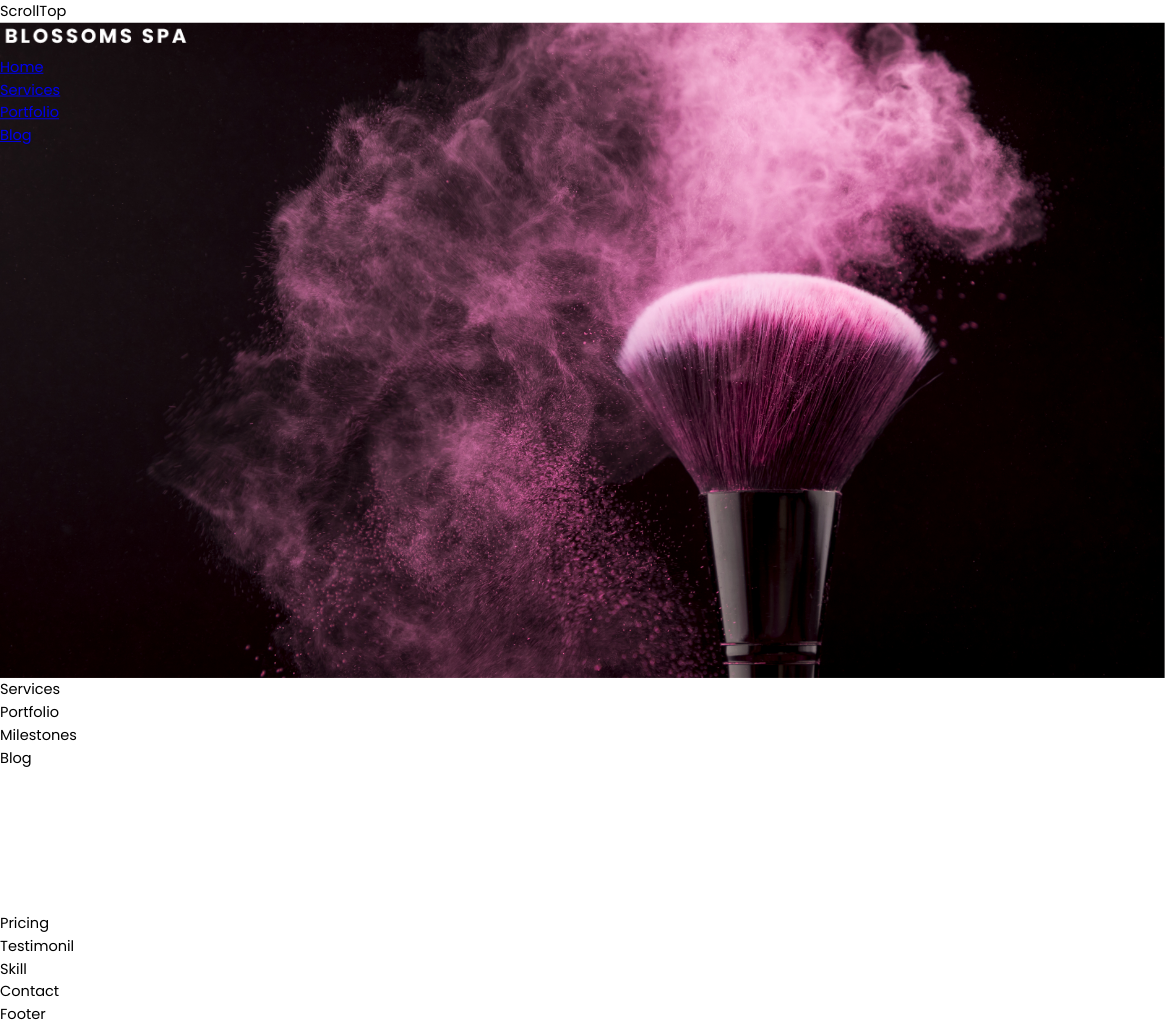
Repository: OmniaRafat232111121/animateSalon
Page: /
An editor plug-in stored every save of this project. The page is shown before and after a run of saves, followed by the edit.
The browser window is 1280 px wide. The pictures show the whole page, at 91% of full size.
The project was rebuilt for these pictures with package versions that can differ from the ones it lists, and the page was loaded fresh each time.

Above is the page before, as saved 2022-07-26 00:32:47.

### src/index.css
@import url("https://fonts.googleapis.com/css2?family=Poppins:wght@100;200;300;400;500;600;700;800&display=swap");
:root {
  --primary-color: #180f14;
  --secondary-color: #e47194;
  --font-family: "Poppins", sans-serif;
}

* {
  margin: 0;
  padding: 0;
  box-sizing: border-box;
}

html {
  scroll-behavior: smooth;
  height: 100%;
  overflow-x: hidden;
}

body {
  overflow-x: hidden;
}

body,
button {
  font-family: var(--font-family);
}

::-webkit-scrollbar {
  background-color: var(--primary-color);
  width: 0.3rem;
}

::-webkit-scrollbar-thumb {
  background-color: var(--secondary-color);
}

@media screen and (min-width: 280px) and (max-width: 1080px) {
  body::-webkit-scrollbar {
    display: none;
  }
}

### src/App.js
import React from 'react'
import Blog from './components/Blog'
import Contact from './components/Contact'
import Footer from './components/Footer'
import Home from './components/Home'
import Milestones from './components/Milestones'
import Portfolio from './components/Portfolio'
import Pricing from './components/Pricing'
import ScrollTop from './components/ScrollTop'
import Services from './components/Services'
import Skill from './components/Skill'
import Testimonil from './components/Testimonil'

const App = () => {
  return (
 <>
 <ScrollTop />
 <Home/>
 <Services/>
 <Portfolio/>
 <Milestones/>
 <Blog/>
 <video/>
 <Pricing/>
 <Testimonil/>
 <Skill/>
 <Contact/>
 <Footer/>
 </>
  )
}

export default App

### src/components/Home.jsx
import React from 'react'
import styled from "styled-components"
import home from "../assets/home.png";
import Play from "../assets/play.png";
import Navbar from './Navbar';
const Home = () => {
  return (
    <Section id="home">
    <Navbar/>
    </Section>
  )
}
const Section=styled.section`
background: url(${home}) no-repeat center;
min-height:100vh;
background-size:cover;
position:relative;

`;

export default Home

### src/components/Milestones.jsx
import React from 'react'

const Milestones = () => {
  return (
    <div>Milestones</div>
  )
}

export default Milestones

### src/components/ScrollTop.jsx
import React from 'react'

const ScrollTop = () => {
  return (
    <div>ScrollTop</div>
  )
}

export default ScrollTop

### src/components/Testimonil.jsx
import React from 'react'

const Testimonil = () => {
  return (
    <div>Testimonil</div>
  )
}

export default Testimonil

### src/components/Navbar.jsx
import React,{useState} from 'react';
import styled from 'styled-components';
import logo from "../assets/logo.png";
import { GitHamBurgerMenu } from 'react-icons/gi'
import { MdClose } from "react-icons/md";

const Navbar = () => {
const {isNavOpen,setIsNavOpen}=useState(false);
  return (
<div className="brand__container">
 <a href="#" className="brand">
 <img src={logo}  alt="logo"/>
 </a>
 <div cassName="toggle"></div>
 <div className="links">
 <ul>
 <li className="active">
 <a href="#home">Home</a>
 </li>
 <li className="active">
 <a href="#service">Services</a>
 </li>
 <li className="active">
 <a href="#portfolio">Portfolio</a>
 </li>
 <li className="active">
 <a href="#Blog">Blog</a>
 </li>
 </ul>
 </div>
</div>
  )
}
const Nav=styled.nav`

`;
export default Navbar

Loaded but not shown: public/index.html (common file); src/index.js (common file); src/components/Blog.jsx (common file); src/components/Contact.jsx (common file); src/components/Footer.jsx (common file); src/components/Portfolio.jsx (common file); src/components/Pricing.jsx (common file); src/components/Services.jsx (common file); src/components/Skill.jsx (common file)

After the next 3 saves:
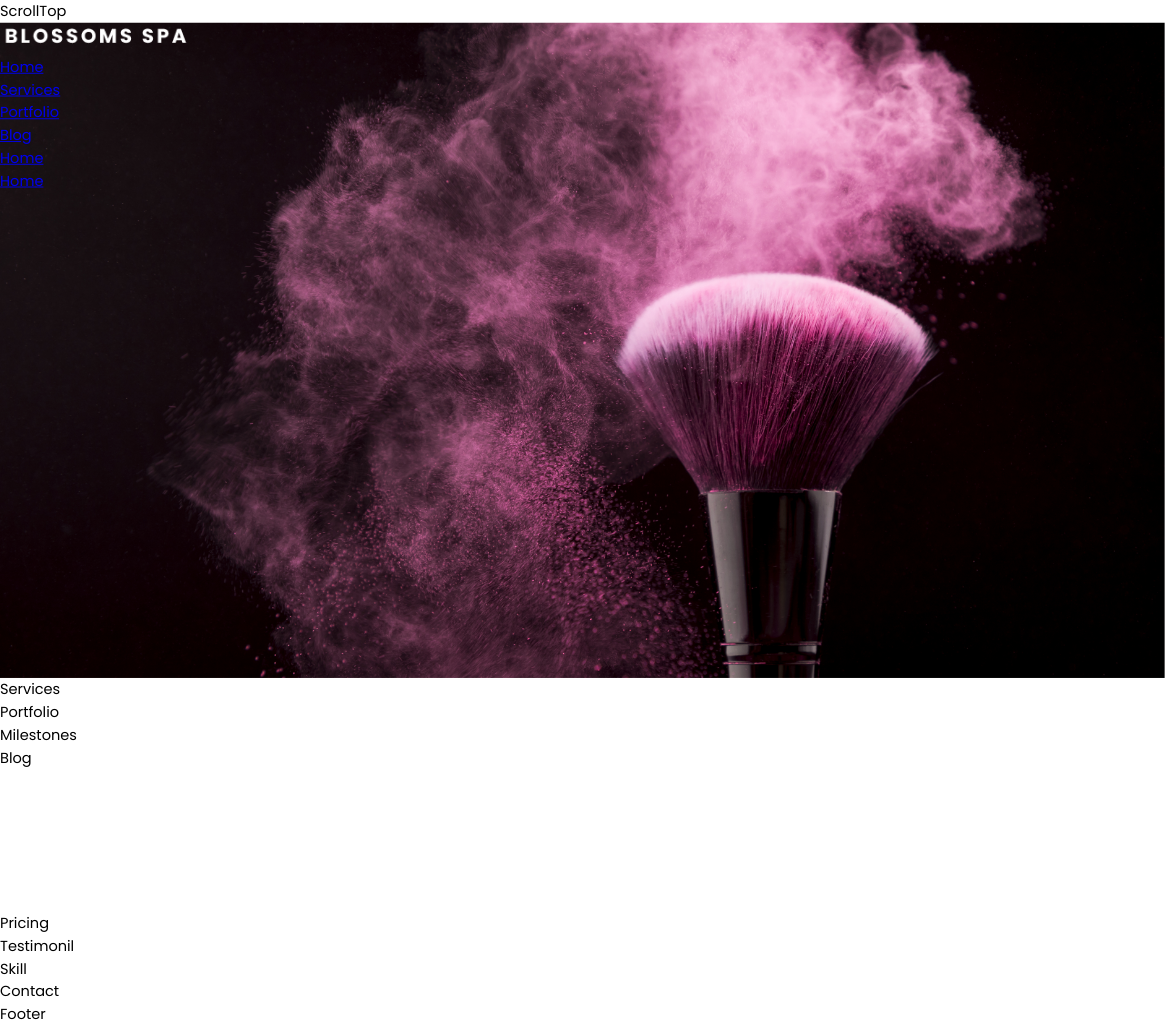
The 3 saves are shown as one change because they came seconds apart.
The last was saved 11 s later.
--- a/src/components/Navbar.jsx
+++ b/src/components/Navbar.jsx
@@ -26,6 +26,12 @@
  <li className="active">
  <a href="#Blog">Blog</a>
  </li>
+ <li className="active">
+ <a href="#home">Home</a>
+ </li>
+ <li className="active">
+ <a href="#home">Home</a>
+ </li>
  </ul>
  </div>
 </div>
